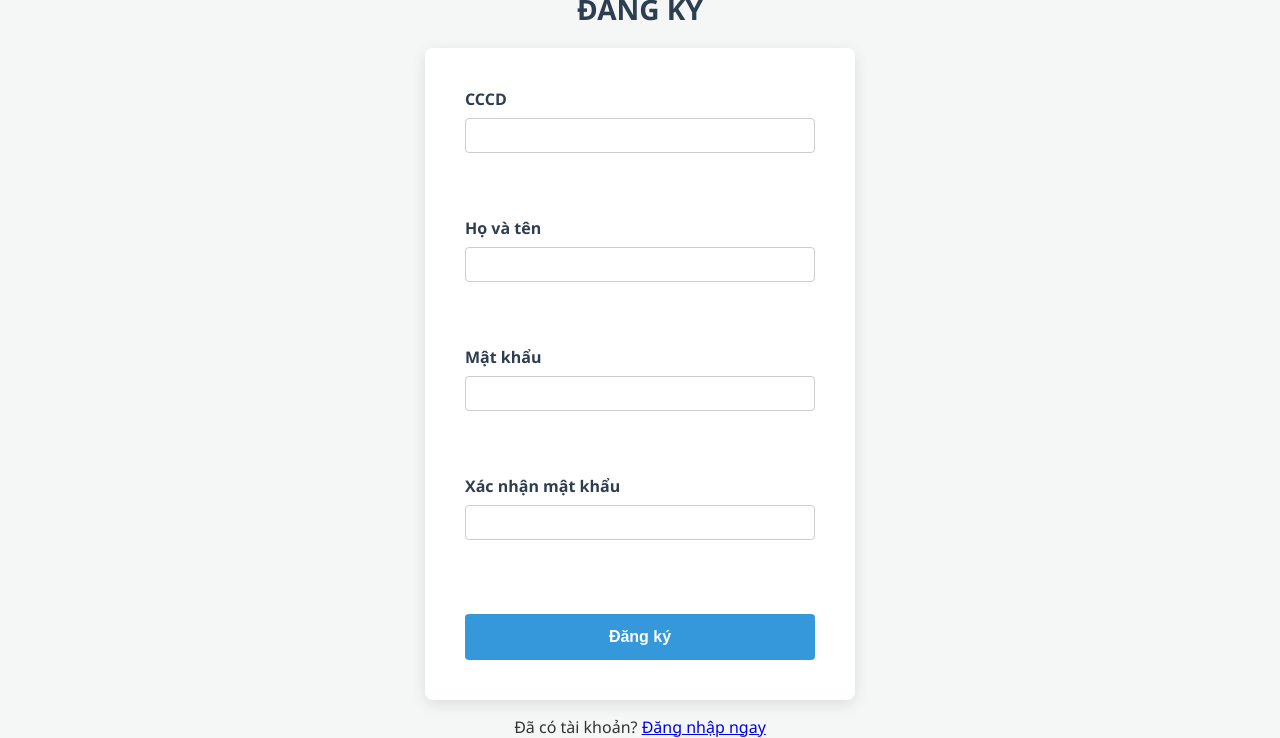
Repository: Chien02/SOAProjects
Page: http://localhost/QuanLyHangHoaWebClient/register.jsp
The author's editor kept a copy of each file at every save. The page is drawn from the files as they stood at one save, then again after the next save.
The browser window is 1280 px wide. The pictures show the whole page.
The page is served by Tomcat 9. Nobody is signed in. The application's start-up code is not run.

Above is the page before, as saved 2026-03-23 17:57:17.

After the next save:
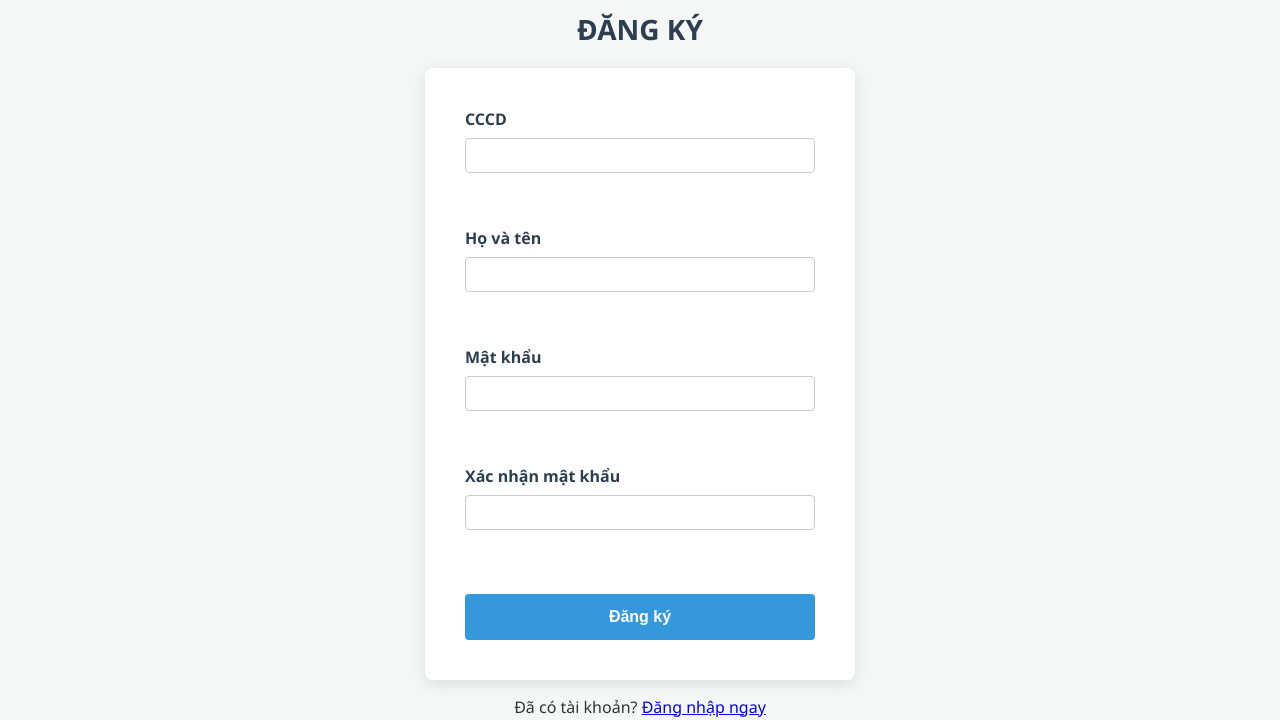
Saved 8 s later.
--- a/QuanLyHangHoaWebClient/WebContent/styles/login.css
+++ b/QuanLyHangHoaWebClient/WebContent/styles/login.css
@@ -50,7 +50,7 @@ form input[type="password"] {
     font-size: 15px;
     outline: none;
     transition: border 0.3s;
-    margin-bottom: 20px; /* Tạo khoảng cách mà không cần thẻ <br> trong HTML */
+    margin-bottom: 10px; /* Tạo khoảng cách mà không cần thẻ <br> trong HTML */
     width: 100%;
     box-sizing: border-box; /* Giúp padding không làm tràn chiều rộng */
 }
